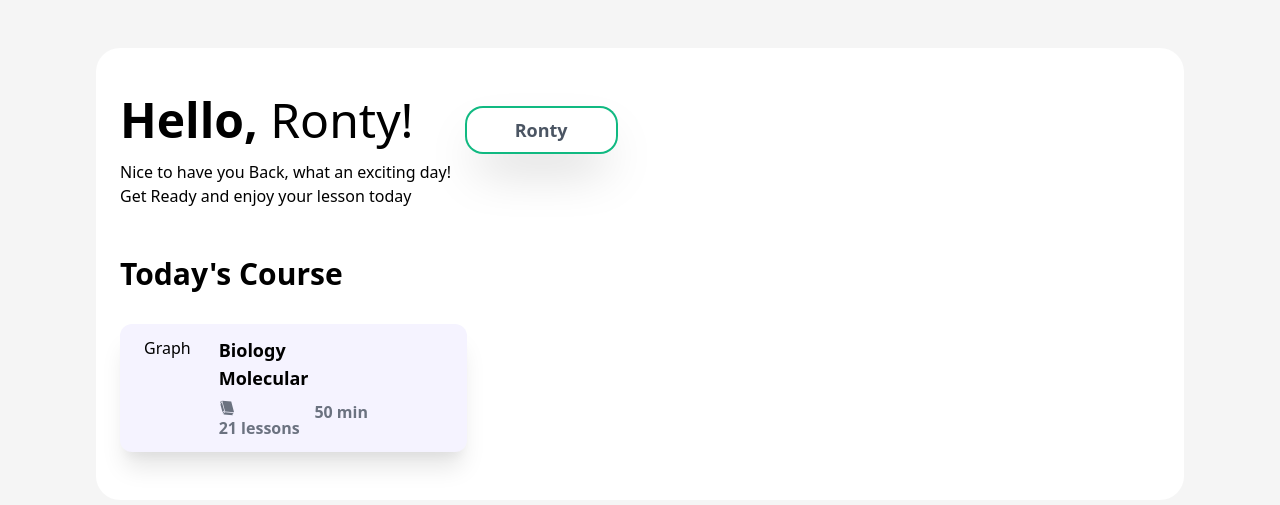
Repository: coolronts/Vite-Tailwind
Page: /
The author's editor kept a copy of each file at every save. The page is drawn from the files as they stood at one save, then again after the next save.
The browser window is 1280 px wide. The pictures show the whole page.
The project was rebuilt for these pictures with package versions that can differ from the ones it lists, and the page was loaded fresh each time. Also part of the build but not shown: vite.config.js.

Above is the page before, as saved 2021-11-26 07:34:44.

After the next save:
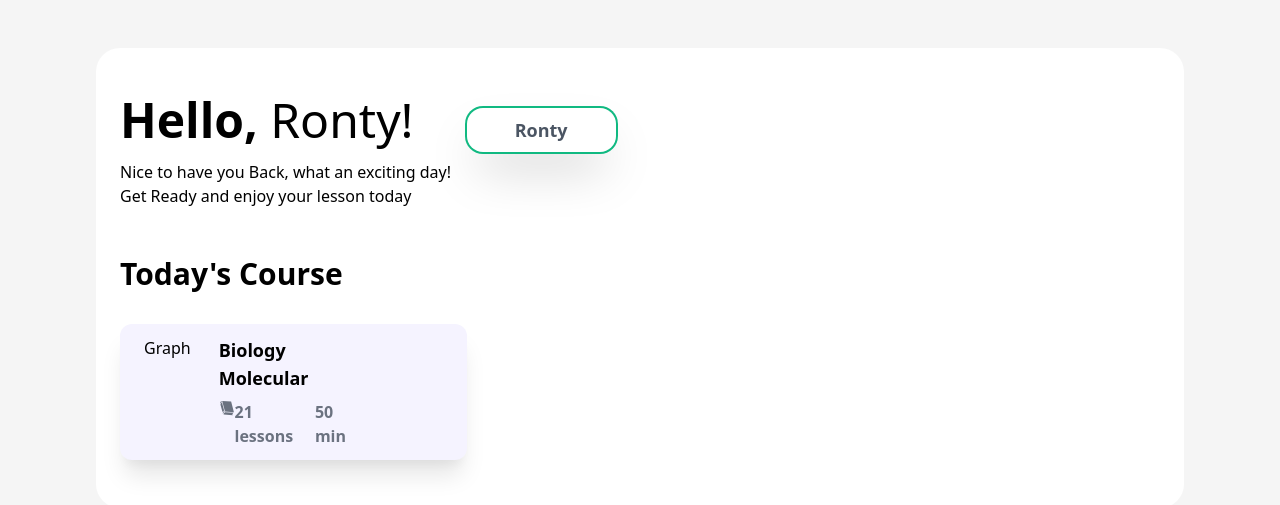
Saved 47 s later.
--- a/src/Section/Course/index.jsx
+++ b/src/Section/Course/index.jsx
@@ -12,7 +12,7 @@ export default function Course() {
         <h4 className="font-bold text-lg mb-2">Biology Molecular</h4>
         <div className="flex flex-col">
           <div className="flex justify-between text-gray-500 font-semibold">
-            <p> <GiWhiteBook/>  21 lessons</p>
+            <p className="flex"> <GiWhiteBook/>  21 lessons</p>
             <p>50 min</p>
           </div>
         </div>
